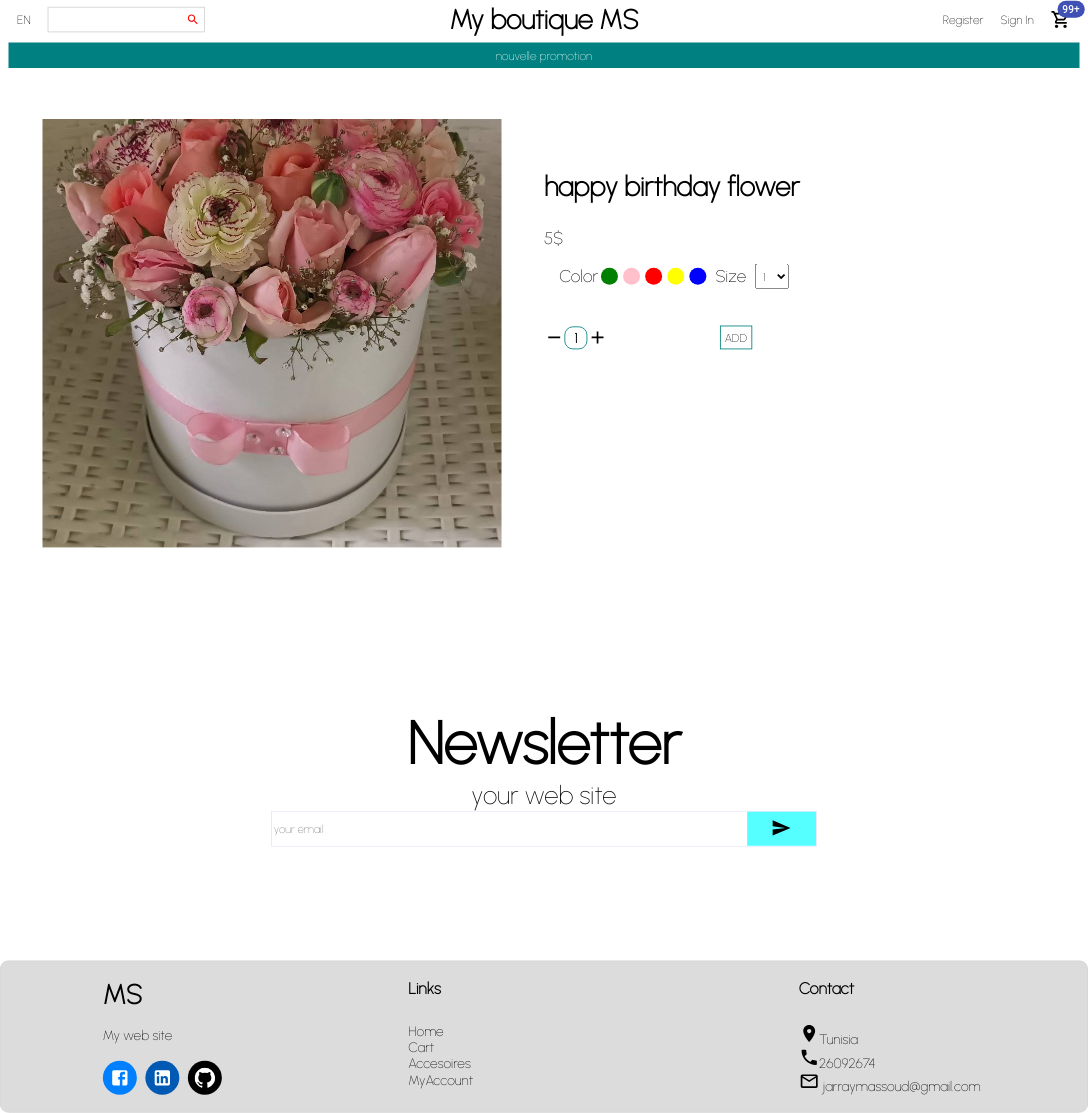
Repository: jarraymassaoud/react-web
Page: /
An editor plug-in stored every save of this project. The page is shown before and after the next save, followed by the edit.
The browser window is 1280 px wide. The pictures show the whole page, at 85% of full size.
The project was rebuilt for these pictures with package versions that can differ from the ones it lists, and the page was loaded fresh each time. Also part of the build but not shown: src/pages/Login.jsx, src/data.js, src/components/Slider.jsx, src/components/CategoryItem.jsx, src/components/Categories.jsx, src/components/Product.jsx, src/components/Products.jsx, src/pages/Home.jsx.

Above is the page before, as saved 2022-05-31 22:22:10.

After the next save:
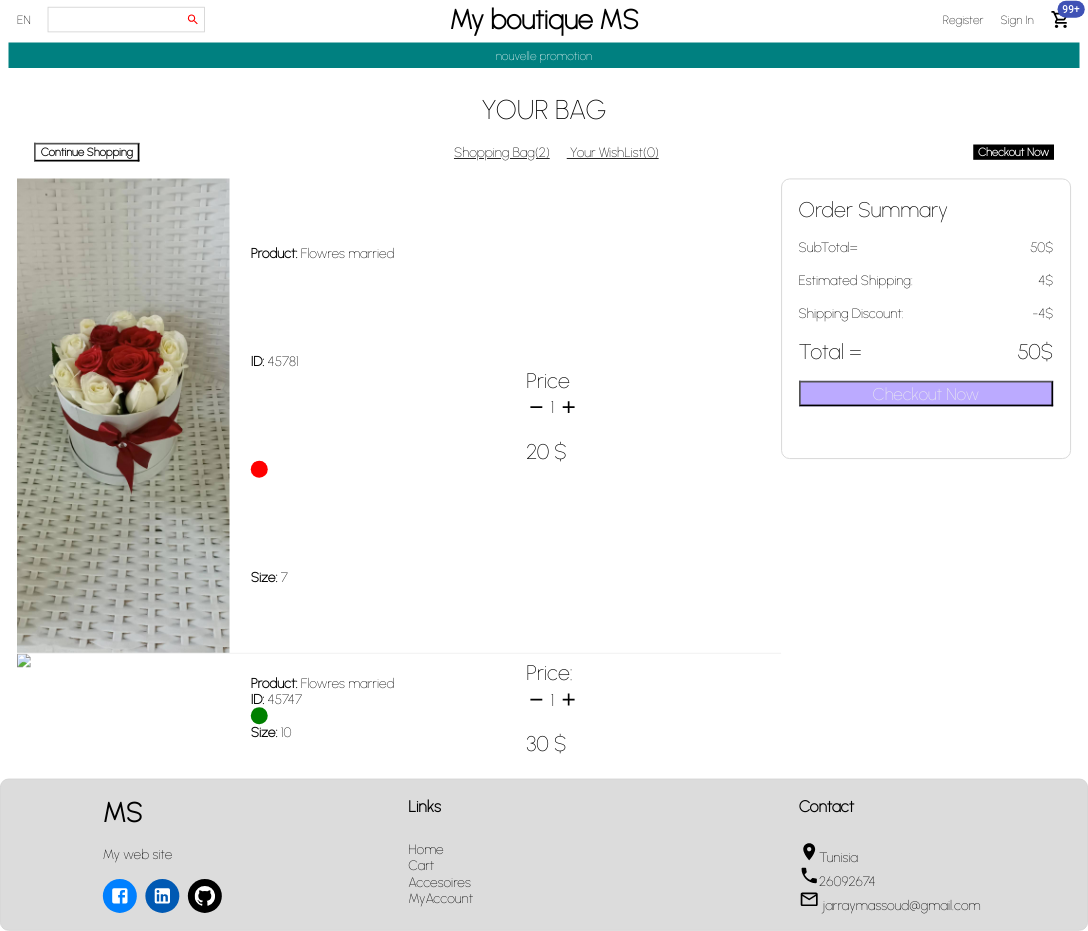
Not found: images/img.jpg
Saved 6 min 54 s later.
--- a/src/App.jsx
+++ b/src/App.jsx
@@ -5,7 +5,7 @@ import Home from "./pages/Home";
 import Bunch from "./pages/Bunch";
 
 const App = () => {
-  return <Bunch />;
+  return <Cart />;
 };
 
 export default App;

After the save that followed:
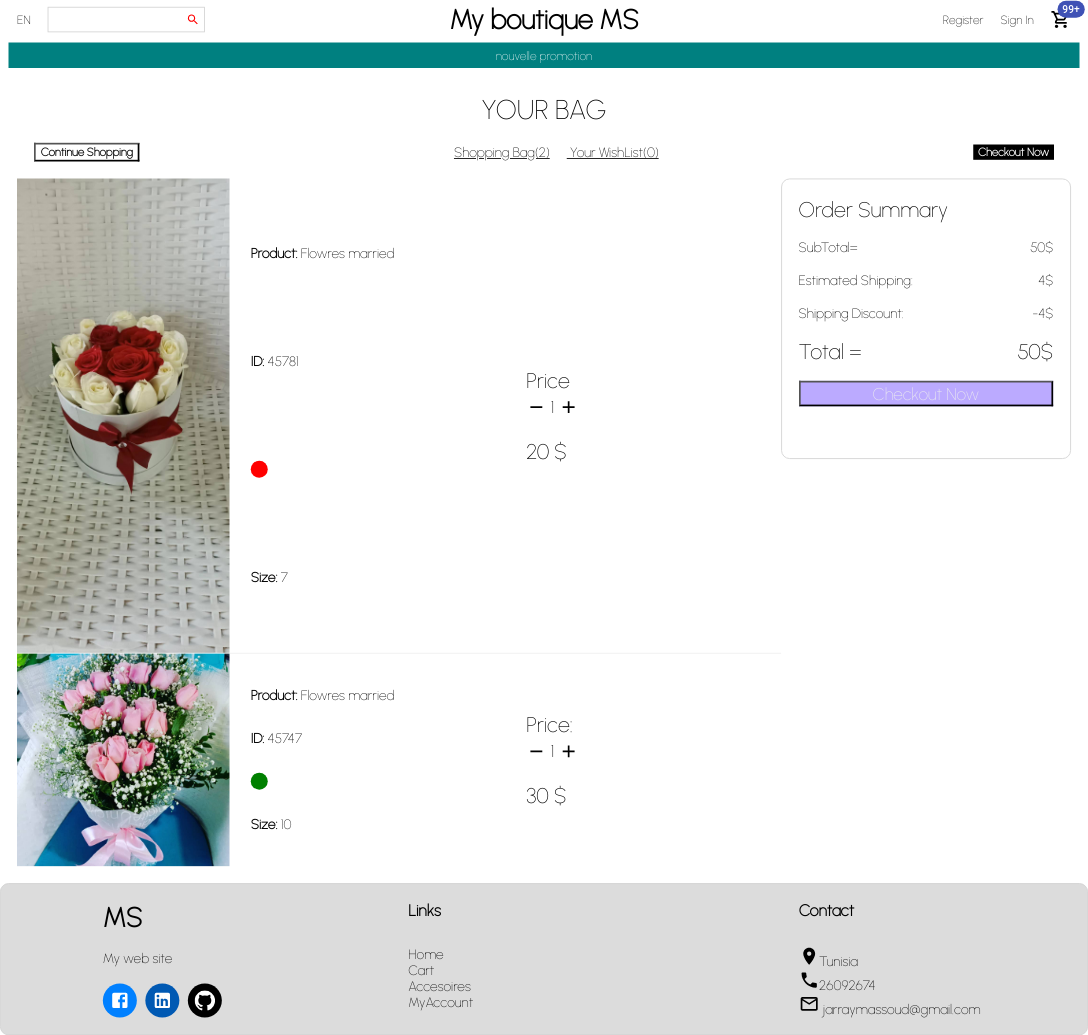
Saved 119 s later.
--- a/src/pages/Cart.jsx
+++ b/src/pages/Cart.jsx
@@ -174,7 +174,7 @@ const Cart = () => {
             <Hr />
             <Product>
               <ProductDetail>
-                <Image src="images/img.jpg" />
+                <Image src="images/img30.jpg" />
                 <Details>
                   <ProductName>
                     <b>Product:</b> Flowres married
